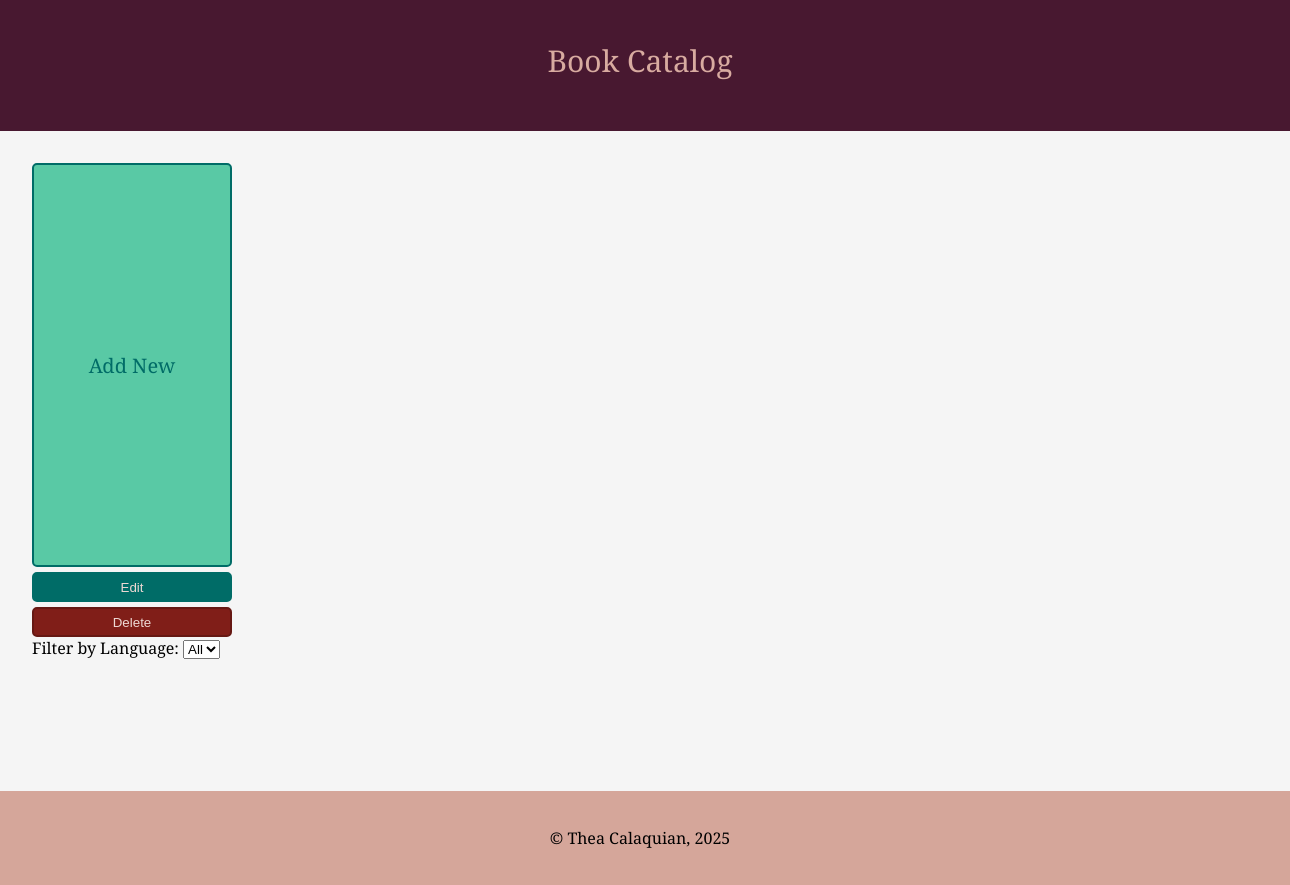
Repository: tc11927/FrontendAssignment05
Page: /
The author's editor kept a copy of each file at every save. The page is drawn from the files as they stood at one save, then again after the next save.
The browser window is 1280 px wide. The page is 1290 px wide, so the pictures cover 1290 px, including what lies to the right of the window. The pictures show the whole page.
The project was rebuilt for these pictures with package versions that can differ from the ones it lists, and the page was loaded fresh each time. Also part of the build but not shown: vite.config.js, src/Book.jsx.

Above is the page before, as saved 2025-10-25 13:22:33.

After the next save:
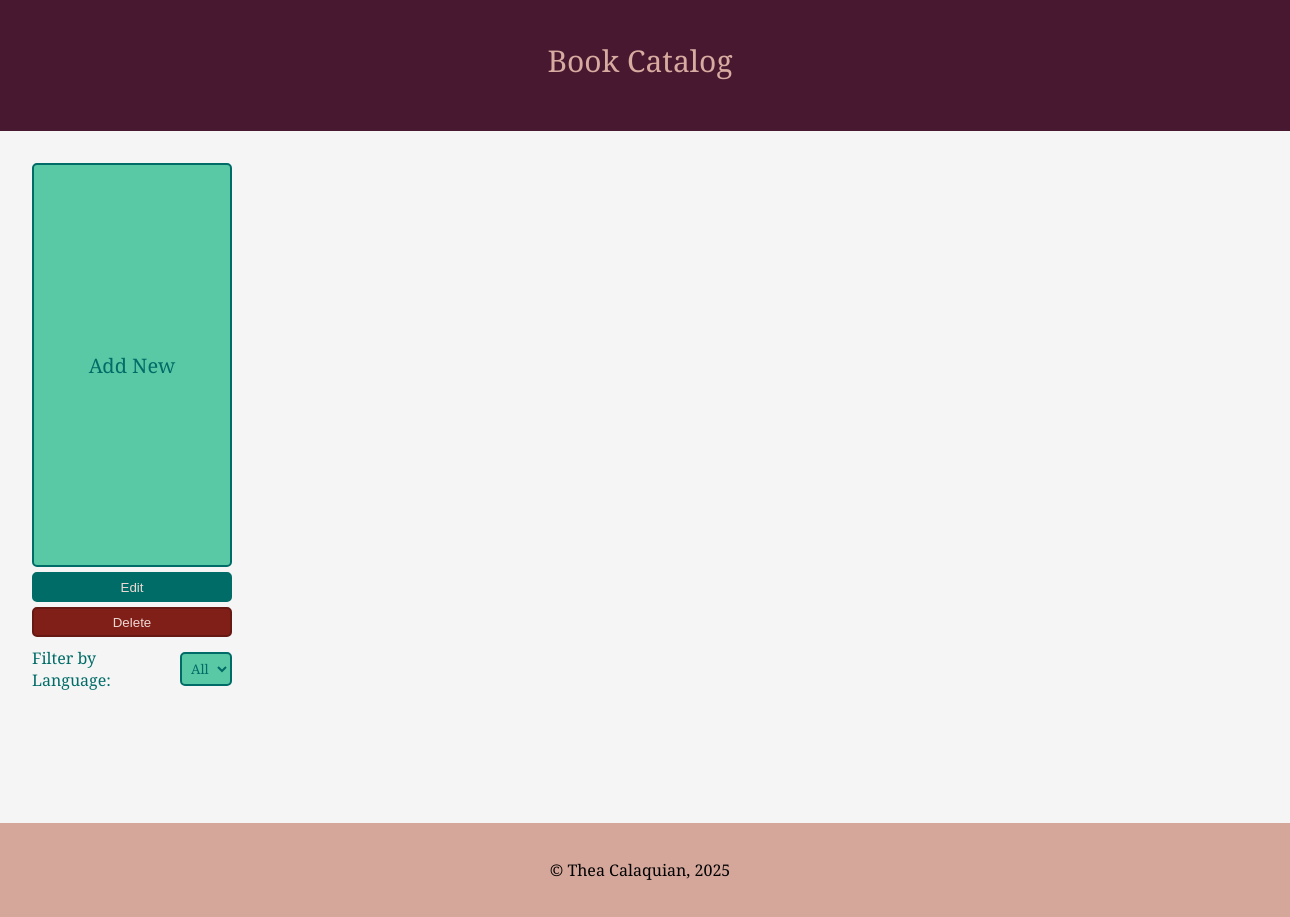
Saved 16 s later.
--- a/src/index.css
+++ b/src/index.css
@@ -217,3 +217,25 @@ dialog {
     height: 30px;
     margin-top: 5px;
 }
+
+/* Add to index.css */
+.filter-control {
+    margin-top: 10px;
+    display: flex;
+    align-items: center;
+    gap: 10px;
+}
+
+.filter-control label {
+    font-size: 16px;
+    color: #006c67;
+}
+
+.filter-control select {
+    padding: 5px;
+    border: 2px solid #006c67;
+    border-radius: 5px;
+    background-color: #59c9a5;
+    color: #006c67;
+    font-family: Georgia, "Times New Roman", Times, serif;
+}
